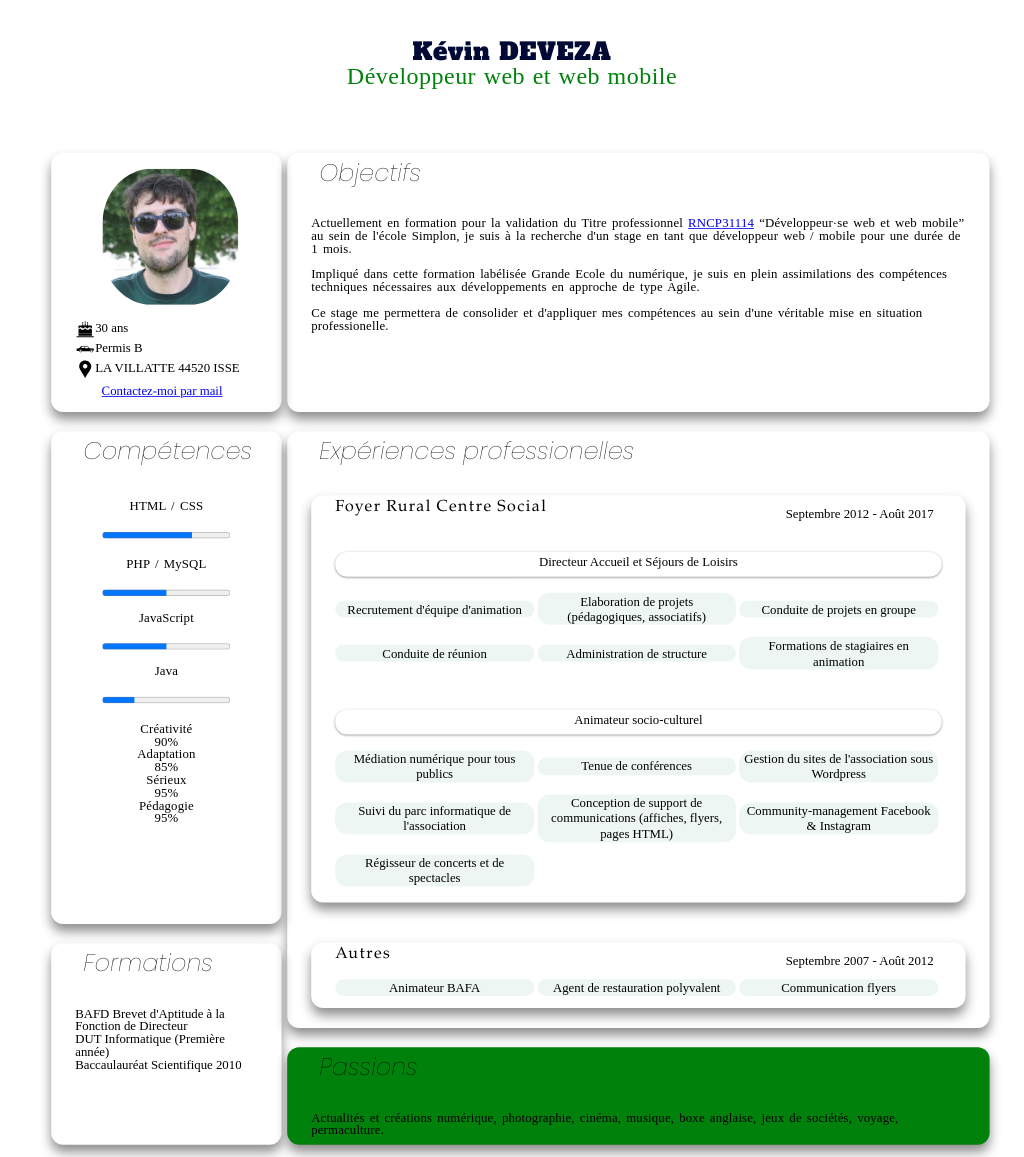
Repository: KevinDvZ/kevindvz.github.io
Page: index.html
These files come from the project's save history. The page is drawn as it stood at one moment and after the next save; the edit follows.
The browser window is 1280 px wide. The pictures show the whole page, at 80% of full size.

Above is the page before, as saved 2020-11-01 00:04:21.

### index.html
<!DOCTYPE html>
<html>

<head>
    <title id="nomprenom">DEVEZA Kevin - Développeur Web et Web mobile.</title>
        <meta charset="utf-8" />
        <meta name="description" contents="CV de Kévin DEVEZA, développeur web  et web mobile junior."/>
        <link rel="stylesheet" href="css/cv_deveza.css" />
        <link rel="stylesheet" href="css/reset.css"/>
        <link href="https://fonts.googleapis.com/css2?family=Alfa+Slab+One&display=swap" rel="stylesheet">
        <link href="https://fonts.googleapis.com/css2?family=Abril+Fatface&display=swap" rel="stylesheet">
        <link href="https://fonts.googleapis.com/css2?family=Poppins:ital,wght@1,100&display=swap" rel="stylesheet">
        <meta name="viewport" content="width=device-width, initial-scale=1.0">    </head>

<body>

<header>

    <div class="text-center">
         <h1 id="nomprenom">Kévin DEVEZA</h1>
         <p id="metier">Développeur web et web mobile</p>
    </div>
</header>

<nav>
        <a class="menu" href="#cadre-obj">Objectif</a>
        <a class="menu" href="#cadre-exp">Expérience professionelles</a>
        <a class="menu" href="#skills">Compétences en développement</a>
        <a class="menu" href="#diplomes">Formations</a>
        <a class="menu" href="#interets">Centres d'intérêt</a>

</nav>

<main>

<div class="cadre" id="cadre-obj">
        <h2 class="entete">Objectifs</h2>

    <p class="p-center"><p>Actuellement en formation pour la validation du Titre professionnel <a href="https://www.francecompetences.fr/recherche/rncp/31114" target="_blank">RNCP31114</a> <em>&ldquo;D&eacute;veloppeur&middot;se web et web mobile&rdquo;</em> au sein de l'&eacute;cole <em>Simplon</em>, je suis &agrave; la recherche d'un stage en tant que d&eacute;veloppeur web / mobile pour une dur&eacute;e de<em> 1 mois.</em><em></em></p>
    <p></p><br>
    <p>Impliqué dans cette formation lab&eacute;lis&eacute;e Grande Ecole du num&eacute;rique, je suis en plein assimilations des comp&eacute;tences techniques n&eacute;cessaires aux d&eacute;veloppements en approche de type Agile.</p>
    <p></p><br>
    <p>Ce stage me permettera de consolider et d'appliquer mes comp&eacute;tences au sein d'une v&eacute;ritable mise en situation professionelle.</p>
    <p></p></p>
</div>

<div id="cadre-contact" class="cadre">

     <img src="assets/img/solaire_cv.jpg" alt="" class="img">
      <ul class="contact-liste">
        <li><img src="assets/icones/birthday-cake.svg" class="icone">30 ans</li>
        <li><img src="assets/icones/car.svg" alt="" class="icone">Permis B</li>
        <li><img src="assets/icones/map.svg" class="icone">LA VILLATTE 44520 ISSE</li>
         </ul>
         <a class="email" href="mailto:kevin.deveza@gmail.com"> Contactez-moi par mail </a>
    </div>

<div class="cadre" id="skills">
    <h2 class="entete">Compétences</h2>
                    <div class="cadre-jauges">

        <p>HTML / CSS<p>
        <progress id="file" max="100" value="70"> 70% </progress>
        <p>PHP / MySQL</p>
        <progress id="file" max="100" value="50"> 50% </progress>
        <p>JavaScript</p>
        <progress id="file" max="100" value="50"> 30% </progress>
        <p>Java<p>
        <progress id="file" max="100" value="25"> 25% </progress>
</div>
<div id="soft-skills">
    <p>Créativité</p>
    <p>90%</p>
    <p>Adaptation</p>
    <p>85%</p>
    <p>Sérieux</p>
    <p>95%</p>
    <p>Pédagogie</p>
    <p>95%</p>
</div>
    </div>

<div class="cadre" id="cadre-exp">
            <h2 class="entete">Expériences professionelles</h2>

             <div class="cadre" id="experiences">
                <h2 class="entreprise">Foyer Rural Centre Social</h2>
                <h3 class="dates">Septembre 2012 - Août 2017</h3>
                <div class="cadre" >Directeur Accueil et Séjours de Loisirs</div>
                <div class="cadre" id="competences_exp">Recrutement d'équipe d'animation</div>
                <div class="cadre" id="competences_exp">Elaboration de projets (pédagogiques, associatifs)</div>
                <div class="cadre" id="competences_exp">Conduite de projets en groupe</div>
                <div class="cadre" id="competences_exp">Conduite de réunion</div>
                <div class="cadre" id="competences_exp">Administration de structure</div>
                <div class="cadre" id="competences_exp">Formations de stagiaires en animation</div>

                <div class="cadre" >Animateur socio-culturel</div>
                <div class="cadre" id="competences_exp">Médiation numérique pour tous publics</div>
                <div class="cadre" id="competences_exp">Tenue de conférences</div>
                <div class="cadre" id="competences_exp">Gestion du sites de l'association sous Wordpress</div>
                <div class="cadre" id="competences_exp">Suivi du parc informatique de l'association</div>
                <div class="cadre" id="competences_exp">Conception de support de communications (affiches, flyers, pages HTML)</div>
                <div class="cadre" id="competences_exp">Community-management Facebook & Instagram</div>
                <div class="cadre" id="competences_exp">Régisseur de concerts et de spectacles</div>
            </div>

            <div class="cadre" id="experiences">
                <h2 class="entreprise">Autres</h2>
                <h3 class="dates">Septembre 2007 - Août 2012</h3>
                <div class="cadre" id="competences_exp2">Animateur BAFA</div>
                <div class="cadre" id="competences_exp2">Agent de restauration polyvalent</div>
                <div class="cadre" id="competences_exp2">Communication flyers</div>

            </div>


</div>

<div class="cadre" id="diplomes">
    <h2 class="entete">Formations</h2>
    <ul class="diplomes">
        <li>BAFD Brevet d'Aptitude à la Fonction de Directeur</li>
        <li>DUT Informatique (Première année)</li>
        <li>Baccaulauréat Scientifique 2010</li>
    </ul>
</div>

<div class="cadre">
    <h2 class="entete">Passions</h2>
    <p>Actualités et créations numérique, photographie, cinéma, musique, boxe anglaise, jeux de sociétés, voyage, permaculture.</p>
</div>


</main>
<body>
</html>

### css/cv_deveza.css
header {
  padding: 30px;
  text-align: center;
}

.text-center {
  display: inline-block;
  text-align: center;
  padding: 50px;
}

#nomprenom {
  font-family: "Alfa Slab One", cursive;
  font-size: 30px;
  letter-spacing: 0.8px;
  word-spacing: 1.4px;
  color: #000a35;
}

#metier {
  font-size: 30px;
  letter-spacing: 0.6px;
  word-spacing: 1.4px;
  color: #00810b;
  margin-bottom: auto;
}

nav {
  visibility: hidden;
  display: inline-block;
  text-align: center;
  width: 100%;
  margin-bottom: 30px;
}
p {
  font-family: Georgia, serif;
  font-size: 14px;
  letter-spacing: 0.2px;
  word-spacing: 2.2px;
  color: #000000;
  font-weight: 400;
  text-decoration: rgb(68, 68, 68);
  font-style: normal;
  font-variant: normal;
  text-transform: none;
}

.pcenter {
  text-align: center;
}
.menu {
  margin: 3px 3px 3px 3px;
}

body {
  background: rgb(255, 255, 255);
}

main {
  margin-top: 50px;
  display: grid;
  gap: 9px 7px;
  height: auto;
  margin: 15px 5% auto 5%;
  grid-template-columns: repeat(4, 25%);
  grid-template-rows: auto;
  grid-template-areas:
    "contact obj obj obj"
    "skills exp exp exp"
    "diplomes exp exp exp"
    "diplomes passions passions passions";
}

#cadre-obj {
  grid-area: obj;
}

.entreprise {
  font-family: "Palatino Linotype", "Book Antiqua", Palatino, serif;
  font-size: 20px;
  letter-spacing: 1.8px;
  word-spacing: -1px;
  color: #000000;
  font-weight: 1;
  text-decoration: none;
  font-style: normal;
  font-variant: normal;
  text-transform: none;
}
h3 {
  text-align: right;
}

#cadre-contact {
  grid-area: contact;
}

#cadre-exp {
  grid-area: exp;
  z-index: 100;
}

.img {
  max-height: 170px;
  min-height: 100px;
  width: auto;
  margin: 15px auto 15px auto;
  padding-left: 15%;
  padding-right: 15%;
  border-radius: 40%;
}

.contact-liste li {
  list-style-type: none;
  text-align: left;
  position: inline;
}
.icone {
  width: 25px;
  position: inherit;
  line-height: normal;
  vertical-align: middle;
}

#cadre-contact a {
  display: block;
  margin: 8px auto 7px auto;
  width: 162px;
  text-rendering: geometricPrecision;
}
progress {
  margin: 15px 15px 15px 15px;
}

.entete {
  font-family: "Abril Fatface", cursive;
  font-size: 30px;
  display: block;
  font-family: "Poppins", sans-serif;
  margin: 5px auto 40px 10px;
}

.cadre {
  box-shadow: 0 9px 15px rgba(0, 0, 0, 0.45);
  display: block;
  padding: 5px 30px 10px 30px;
  border-radius: 15px;
  margin-bottom: 15px;
}

#skills {
  grid-area: skills;
  z-index: 2;
}
#diplomes {
  grid-area: diplomes;
}

.cadre-jauges {
  margin-top: 20%;
  text-align: center;
  display: block;
  position: relative;
}

.cadre-jauges p {
  margin-bottom: 5px;
}

#soft-skills {
  margin-bottom: 50%;
  text-align: center;
}

.progress-circle {
  position: inline; /* pour servir de référent */
  box-sizing: border-box; /* prise en compte bordure dans la dimension */
  font-size: 1em; /* pour définir les dimensions */
  width: 1em; /* fixe la largeur */
  height: 1em; /* fixe la hauteur */
  border-radius: 100%; /* rendu aspect circulaire */
  border: 0.15em solid #cde; /* couleur de fond de l'anneau */
  background-color: rgba(
    255,
    255,
    255,
    0
  ); /* couleur de fond de la progress bar */
}

.progress-masque {
  display: block;
}

#experiences .cadre {
  display: block;
  box-shadow: 0 1px 3px rgba(0, 0, 0, 0.45);
  margin: 40px auto 15px auto;
  text-align: center;
}

#cadre-exp > div:nth-child(3) {
  margin-top: 50px;
}
#experiences .dates {
  margin: -10px 10px 10px 10px;
}
.cadre #competences_exp {
  box-shadow: none;
  display: inline-block;
  line-height: normal;
  vertical-align: middle;
  width: 32%;
  line-height: 120%;
  padding: 1px 3px 1px 3px;
  margin: 5px auto 10px auto;
  text-align: center;
  background-color: rgba(13, 116, 76, 0.068);
}

.cadre #competences_exp2 {
  box-shadow: none;
  display: inline-block;
  width: 32%;
  line-height: 120%;
  padding: 1px 3px 1px 3px;
  margin: 5px auto 5px auto;
  text-align: center;
  background-color: rgba(13, 116, 76, 0.068);
}

body > main:nth-child(3) > div:nth-child(6) {
  grid-area: passions;
  background-color: #00810b;
}

Loaded but not shown: css/reset.css (common file)

After the next save:
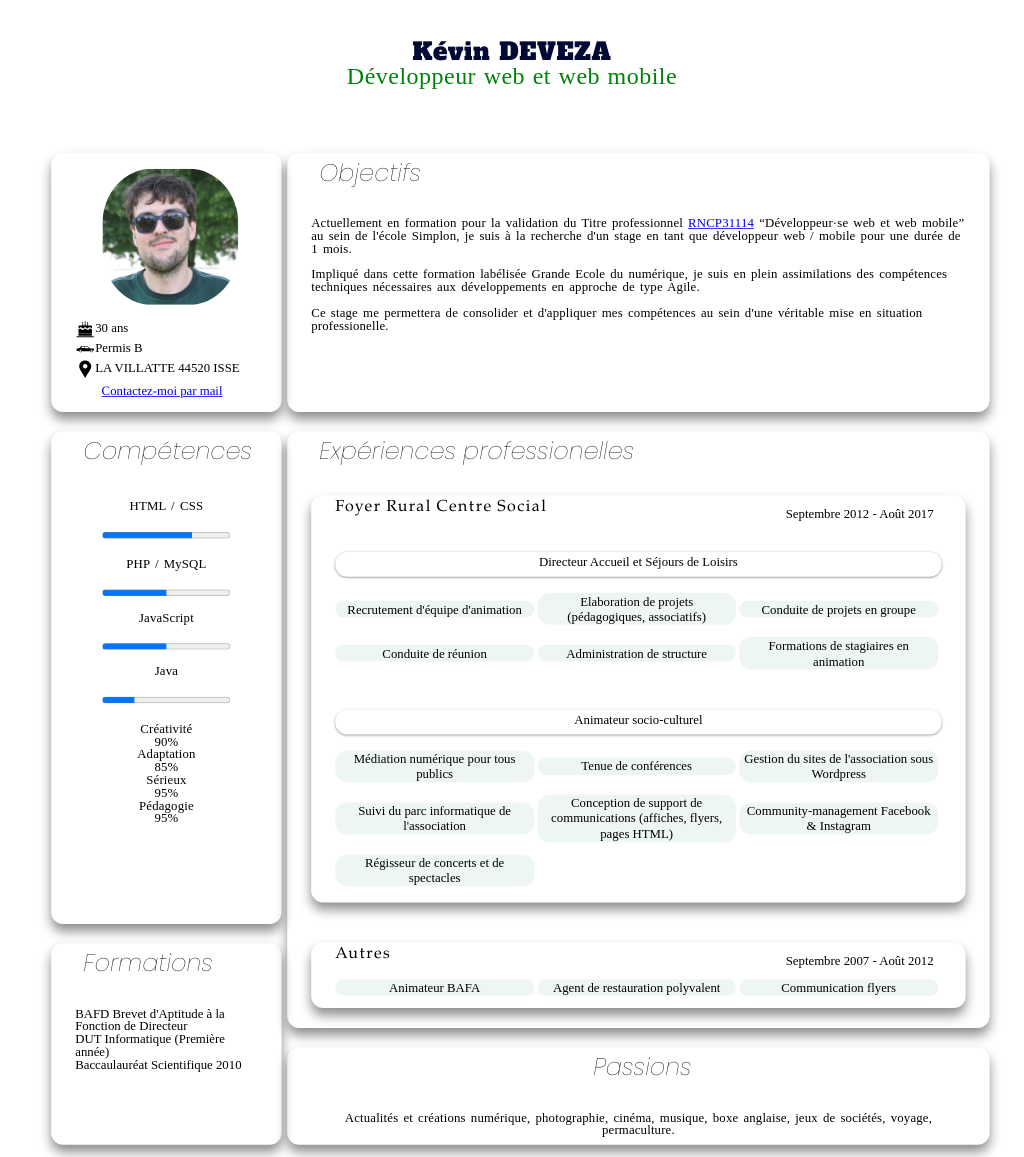
Saved 53 s later.
--- a/css/cv_deveza.css
+++ b/css/cv_deveza.css
@@ -229,7 +229,7 @@ progress {
   background-color: rgba(13, 116, 76, 0.068);
 }
 
-body > main:nth-child(3) > div:nth-child(6) {
+div:nth-child(6) {
   grid-area: passions;
-  background-color: #00810b;
-}
+  text-align: center;
+}
